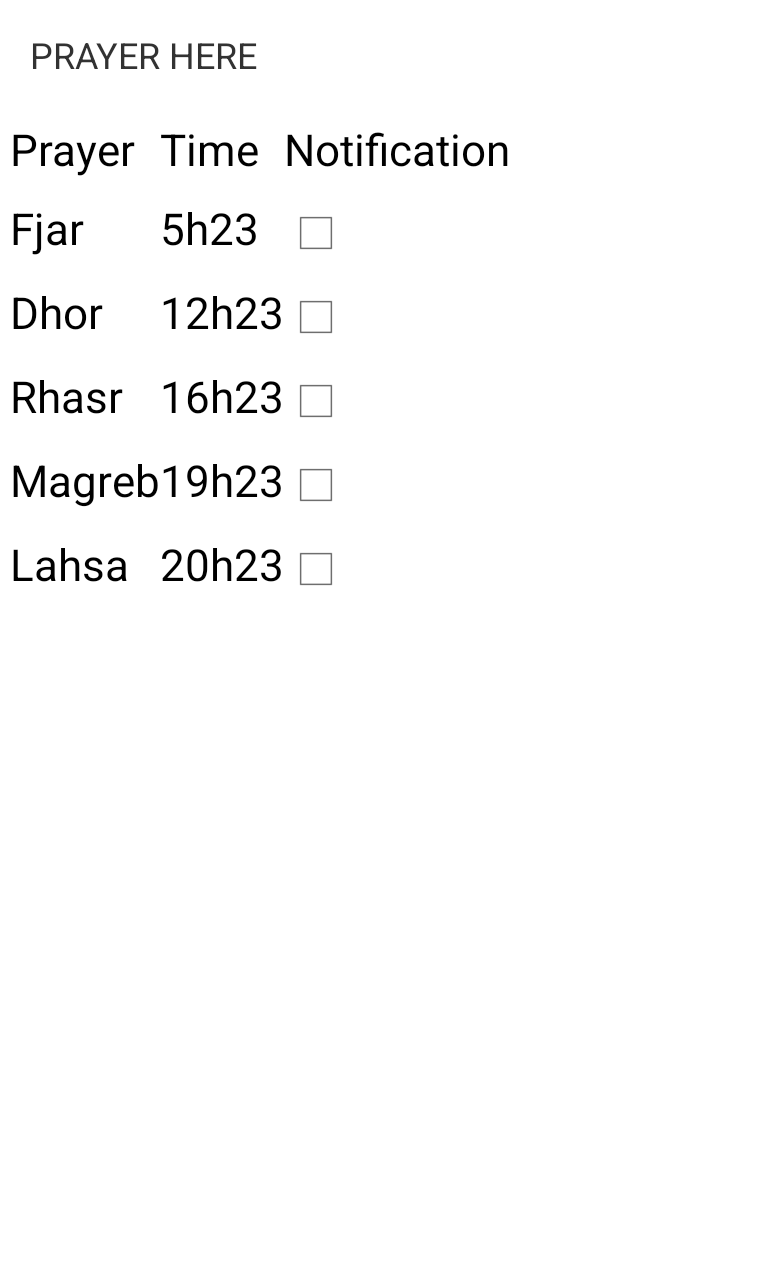
Repository: Osamah/Afstudeerwerk
Layout: NativeApp/SecondPillar/res/layout/activity_prayer.xml
The author's editor kept a copy of each file at every save. The layout is drawn from the files as they stood at one save, then again after the next save.
It is drawn on a 768 x 1280 px phone screen (xhdpi) without system bars, with theme AppTheme; the app's code is not run.

Above is the layout before, as saved 2012-12-27 23:32:50.

After the next save:
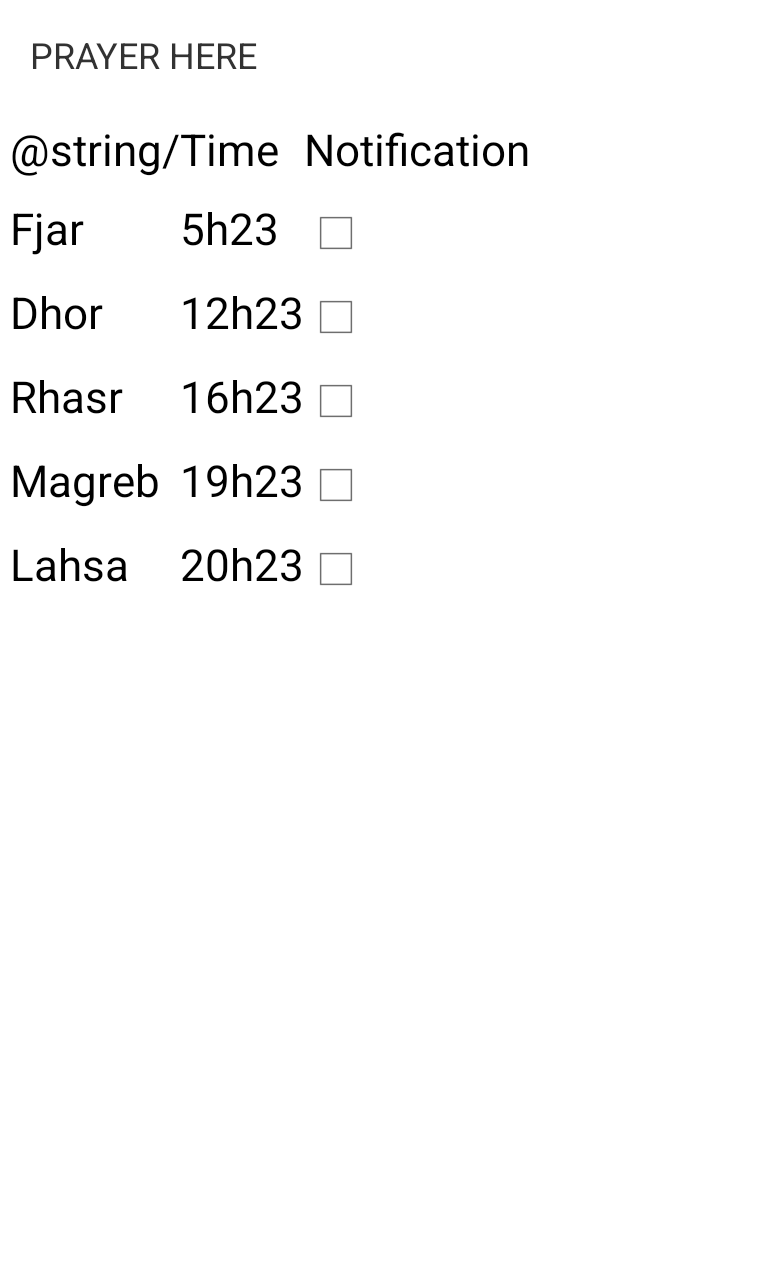
Saved 19 s later.
--- a/NativeApp/SecondPillar/res/layout/activity_prayer.xml
+++ b/NativeApp/SecondPillar/res/layout/activity_prayer.xml
@@ -28,7 +28,7 @@
 
         <TextView
             android:id="@+id/prayer1"
-            android:text="Prayer"
+            android:text="@string/"
             android:textAppearance="?android:attr/textAppearanceLarge" />
 
         <TextView

After the 4 saves that followed:
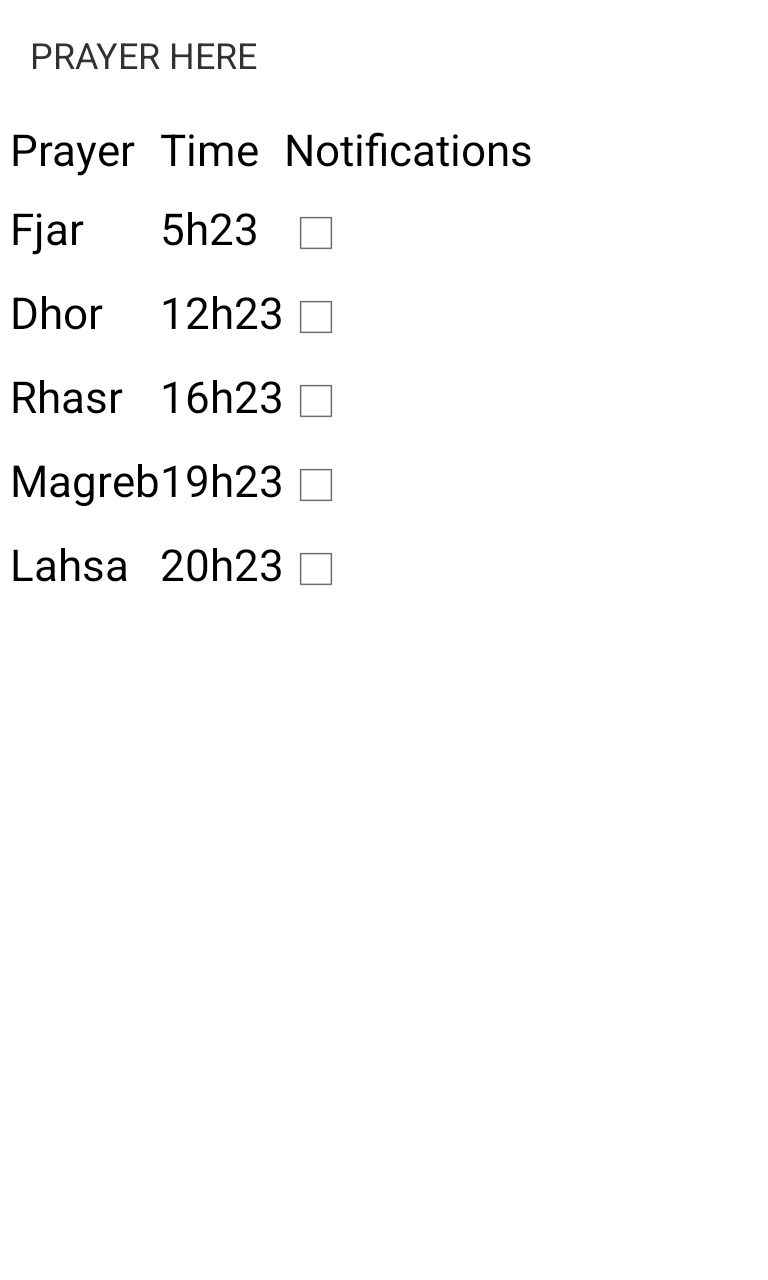
The 4 saves are shown as one change because 3 left the picture as it was.
The last was saved 2 min 1 s later.
--- a/NativeApp/SecondPillar/res/layout/activity_prayer.xml
+++ b/NativeApp/SecondPillar/res/layout/activity_prayer.xml
@@ -28,17 +28,17 @@
 
         <TextView
             android:id="@+id/prayer1"
-            android:text="@string/"
+            android:text="@string/headerCol1"
             android:textAppearance="?android:attr/textAppearanceLarge" />
 
         <TextView
             android:id="@+id/prayerTime1"
-            android:text="Time"
+            android:text="@string/headerCol2"
             android:textAppearance="?android:attr/textAppearanceLarge" />
 
      	<TextView
             android:id="@+id/prayerTime1"
-            android:text="Notification"
+            android:text="@string/headerCol3"
             android:textAppearance="?android:attr/textAppearanceLarge" />
 
   	</TableRow>
--- a/NativeApp/SecondPillar/res/values/strings.xml
+++ b/NativeApp/SecondPillar/res/values/strings.xml
@@ -8,4 +8,16 @@
     <string name="favorite">MyFavorite String</string>
     <string name="menu_search">Search</string>
 
+
+
+    <string name="headerCol1">Prayer</string>
+    <string name="headerCol2">Time</string>
+    <string name="headerCol3">Notifications</string>
+    <string name=""></string>
+    <string name=""></string>
+    <string name=""></string>
+    <string name=""></string>
+    <string name=""></string>
+    <string name=""></string>
+    <string name=""></string>
 </resources>
